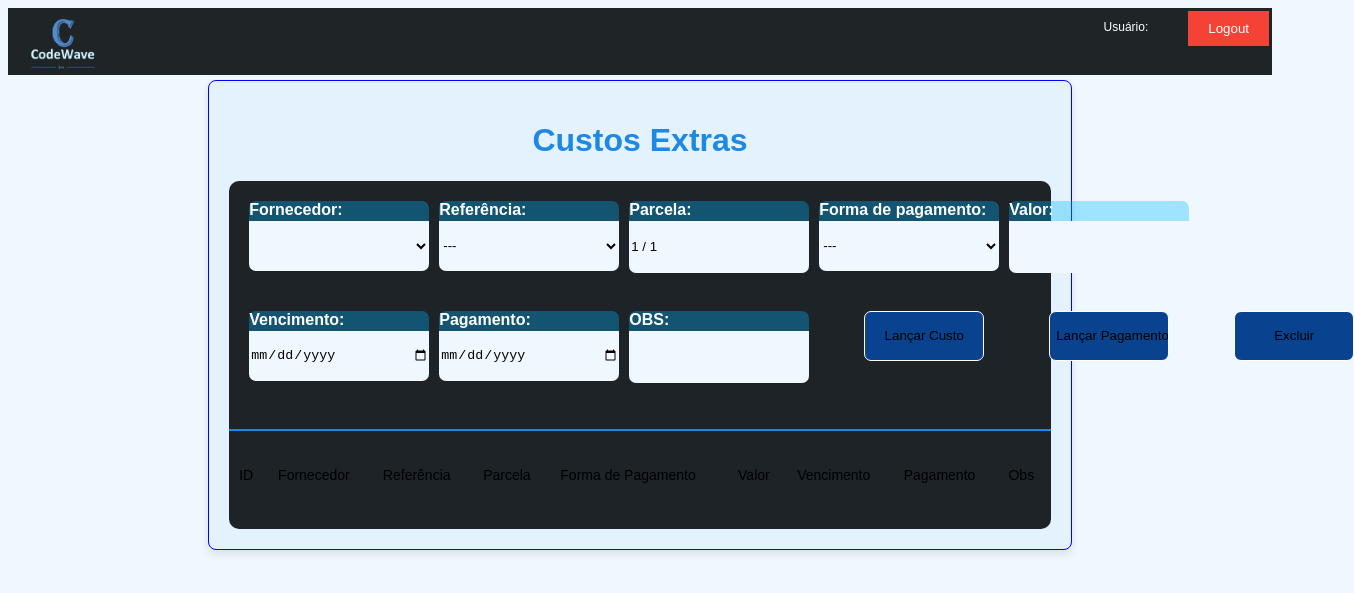
Repository: Romario-Brandao/CodeWave
Page: myproject/loja/templates/outras_despesas.html
The author's editor kept a copy of each file at every save. The page is drawn from the files as they stood at one save, then again after the next save.
The browser window is 1280 px wide. The page is 1354 px wide, then 1280 px, so the pictures cover 1354 px, including what lies to the right of the window. The pictures show the whole page.
The template is drawn by Django 5.2. The application's start-up code is not run. The template is opened directly, without the code that normally fills it, so the values that code supplies are empty.

Above is the page before, as saved 2025-03-01 01:32:46.

After the next save:
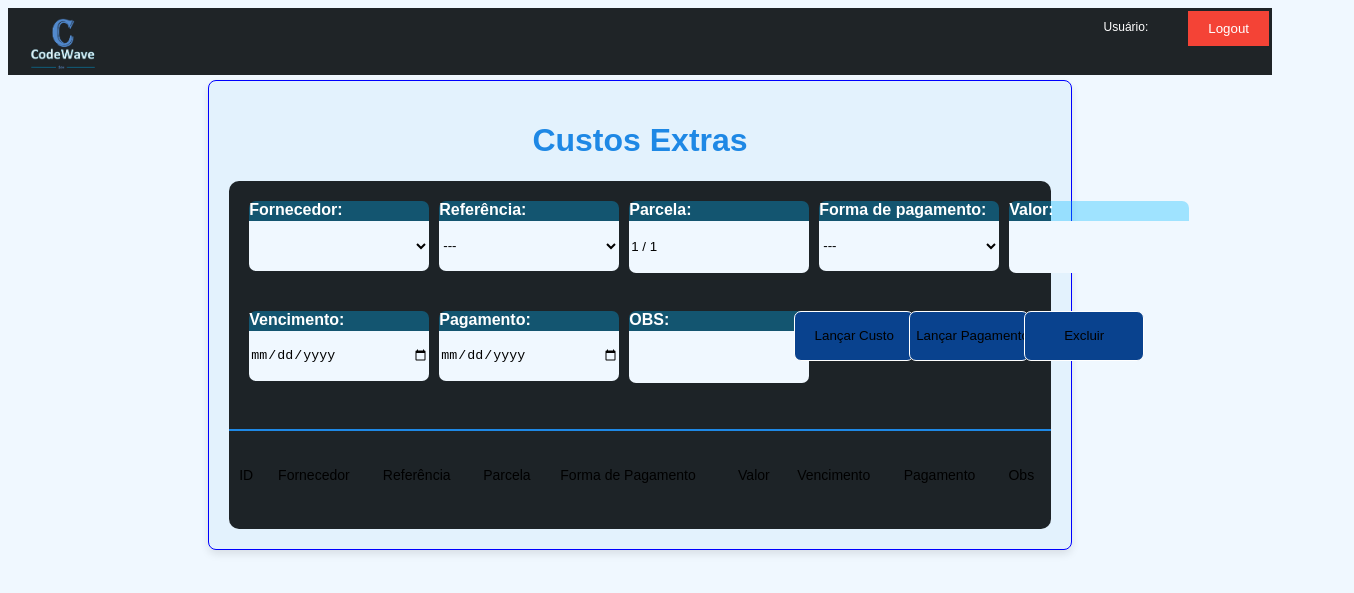
Saved 17 s later.
--- a/myproject/loja/templates/outras_despesas.html
+++ b/myproject/loja/templates/outras_despesas.html
@@ -60,13 +60,13 @@
         <input class="caixa2_parcelas" type="text" name="obs"
         name="obs">
       </div>
-      <div class="caixa_botoes">
+      <div>
         <input class="butao_servico" type="submit" name="acao" value="Lançar Custo">
       </div>
-      <div class="caixa_botoes">
+      <div>
         <input class="butao_servico" type="submit" name="acao" value="Lançar Pagamento">
       </div>
-      <div class="caixa_botoes">
+      <div>
         <input class="butao_servico" type="submit" name="acao" value="Excluir">
       </div>
     </div>
